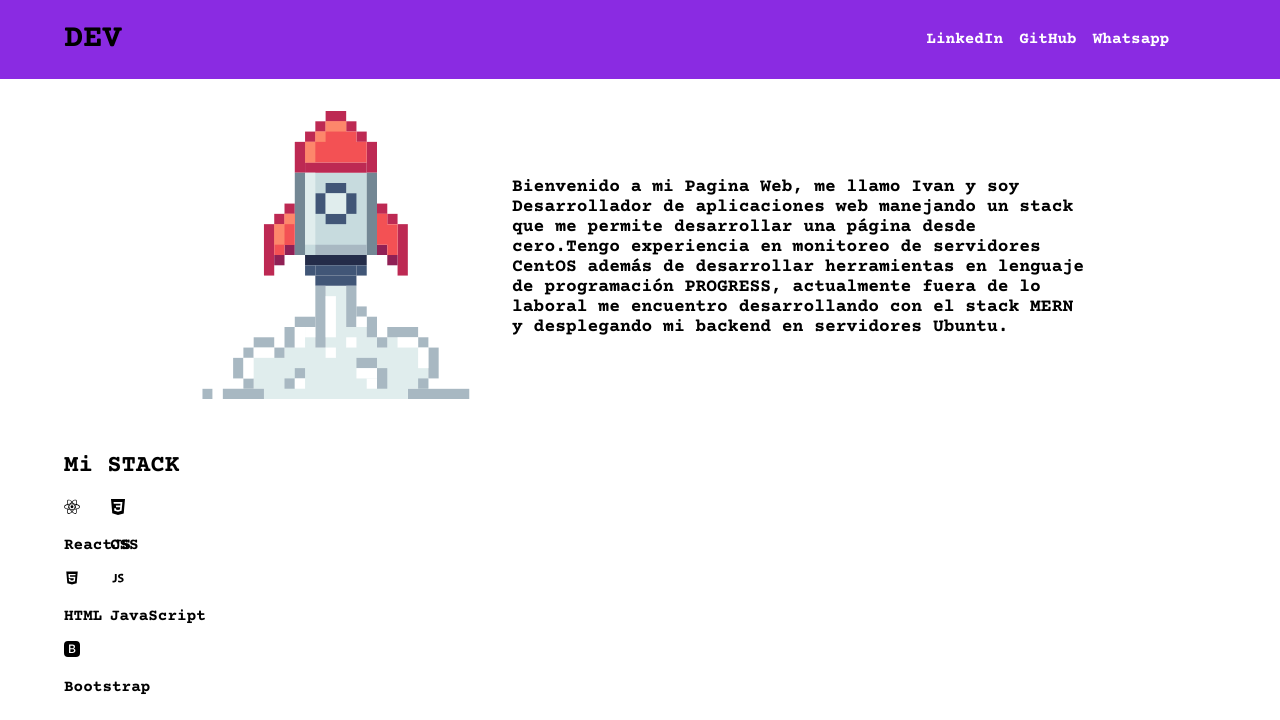
Repository: FxIvan/myweb
Page: /
These files come from the project's save history. The page is drawn as it stood at one moment and after a run of saves; the edit follows.
The browser window is 1280 px wide. The pictures show the whole page.
The project was rebuilt for these pictures with package versions that can differ from the ones it lists, and the page was loaded fresh each time.

Above is the page before, as saved 2022-11-03 11:47:01.

### public/index.html
<!DOCTYPE html>
<html lang="en">
  <head>
    <meta charset="utf-8" />
    <link rel="icon" href="%PUBLIC_URL%/favicon.ico" />
    <meta name="viewport" content="width=device-width, initial-scale=1" />
    <meta name="theme-color" content="#000000" />
    <meta
      name="description"
      content="Web site created using create-react-app"
    />
    <link rel="apple-touch-icon" href="%PUBLIC_URL%/logo192.png" />
    <!--
      manifest.json provides metadata used when your web app is installed on a
      user's mobile device or desktop. See https://developers.google.com/web/fundamentals/web-app-manifest/
    -->
    <link rel="manifest" href="%PUBLIC_URL%/manifest.json" />
    <!--
      Notice the use of %PUBLIC_URL% in the tags above.
      It will be replaced with the URL of the `public` folder during the build.
      Only files inside the `public` folder can be referenced from the HTML.

      Unlike "/favicon.ico" or "favicon.ico", "%PUBLIC_URL%/favicon.ico" will
      work correctly both with client-side routing and a non-root public URL.
      Learn how to configure a non-root public URL by running `npm run build`.
    -->
    <title>My Web |Almendra Ivan 2022</title>
    <!--FONTS GOOGLE-->
    <link rel="preconnect" href="https://fonts.googleapis.com">
    <link rel="preconnect" href="https://fonts.gstatic.com" crossorigin>
    <link href="https://fonts.googleapis.com/css2?family=Courier+Prime:wght@700&display=swap" rel="stylesheet">
  </head>
  <body>
    <noscript>You need to enable JavaScript to run this app.</noscript>
    <div id="root"></div>
    <!--
      This HTML file is a template.
      If you open it directly in the browser, you will see an empty page.

      You can add webfonts, meta tags, or analytics to this file.
      The build step will place the bundled scripts into the <body> tag.

      To begin the development, run `npm start` or `yarn start`.
      To create a production bundle, use `npm run build` or `yarn build`.
    -->
  </body>
</html>

### src/index.js
import React from 'react';
import ReactDOM from 'react-dom/client';
import './index.css';
import App from './App';
import reportWebVitals from './reportWebVitals';
import { BrowserRouter } from 'react-router-dom';


const root = ReactDOM.createRoot(document.getElementById('root'));
root.render(
  <React.StrictMode>
    <App />
  </React.StrictMode>
);

// If you want to start measuring performance in your app, pass a function
// to log results (for example: reportWebVitals(console.log))
// or send to an analytics endpoint. Learn more: https://bit.ly/CRA-vitals
reportWebVitals();

### src/App.js
import { Routes, Route, HashRouter} from "react-router-dom";
import { Header } from "./component/header/header";
import { IndexPage } from "./component/index-page";

function App() {
  return (
    <HashRouter>
    <Routes>
        <Route path="/" element={<IndexPage/>} />
    </Routes>
    </HashRouter>
  );
}

export default App;

### src/component/header/header.js
import React from 'react'
import '../css/header.css'
import { Section1 } from '../section1/section1'


export const Header = () =>{
    return(
        <div>
        <header>
            <div className='container-header'>
                <div className='subcontainer-header'>
                    <div className='container-header-logo'>
                        <h1>DEV</h1>
                    </div>
                    <div className='container-header-link'>
                        <ul>
                            <li><a href='https://www.linkedin.com/in/devalmendra/' target='_blanck'>LinkedIn</a></li>
                            <li><a href='https://github.com/FxIvan' target='_blanck'>GitHub</a></li>
                            <li><a href='https://api.whatsapp.com/send/?phone=541136887781&text&type=phone_number&app_absent=0' target='_blanck'>Whatsapp</a></li>
                        </ul>
                    </div>
                </div>
            </div>
        </header>
        <section>
            <div>
                <Section1/>
            </div>
        </section>
        </div>
    )
}

### src/component/index-page.js
import React from 'react'
import { Header } from './header/header'
import { Stack } from './stack/stack'

export const IndexPage = () =>{
    return(
        <div>
            <Header/>
            <Stack/>
        </div>
    )
}

### src/component/css/header.css
@media only screen and (min-width: 701px) {
*{
    font-family: 'Courier Prime', monospace;
}

header{
    background-color: blueviolet;
}

.container-header{
    margin: auto;
}

.subcontainer-header{
    display: flex;
    width: 90%;
    margin: auto;
    align-items: center;
}

.container-header-logo{
    width: 70%;
}
.container-header-link{
    width: 30%;
}
.container-header-link ul, a{
    display: flex;
    text-decoration: none;
    list-style: none;
    font-family: 'Courier Prime', monospace;
    font-weight: bolder;
    font-size: 16px;
    color: white;
}

.container-header-link ul li{
    margin-left: 1rem;
}

.container-presentacion{
    width: 70%;
    margin: auto;
    margin-top: 2rem;
    align-items: center;
    display: flex;
}

.container-presentacion .presentacion-img{
   margin-right: 2rem;
}

.presentacion-img img{
    width: 40vh;
}

.presentacion-text p{
    font-size: 18px;
}
}

@media only screen and (max-width: 700px) {
    *{
        font-family: 'Courier Prime', monospace;
    }

    header{
        background-color: blueviolet;
    }

    .container-header{
        width: 90%;
        margin: auto;
    }

    .subcontainer-header{
        display: flex;
    }

    .container-header-logo{
       width: 50%;
    }
    .container-header-link{
       width: 40%;
    }
    .container-header-link ul, a{
        list-style: none;
        text-decoration: none;
    }

    .container-header-link ul li{

    }

    .container-presentacion{
        width: 100%;
        text-align: center;
        margin-top: 1rem;
    }

    .pesentacion-img{
        width: 30%;
        margin: auto;
    }
    .pesentacion-img img{
        width: 100%;
    }

    .presentacion-text{
        width: 100%;
    }
    .presentacion-text p{
      font-size: 12px;
      width: 100%;
    }
}

### src/component/section1/section1.js
import React from 'react'
import cohete from '../../media/img/coheteSection.svg'
import '../css/header.css'


export const Section1 = () =>{
    return(
        <div>
            <div className='container-presentacion'>
                <div className='presentacion-img'>
                    <img src={cohete}/>
                </div>
                <div className='presentacion-text'>
                    <div>
                        <p>Bienvenido a mi Pagina Web, me llamo Ivan y soy Desarrollador de aplicaciones web manejando un stack que me permite desarrollar una página desde cero.Tengo experiencia en monitoreo de servidores CentOS además de desarrollar herramientas en lenguaje de programación PROGRESS, actualmente fuera de lo laboral me encuentro desarrollando con el stack MERN y desplegando mi backend en servidores Ubuntu. </p>
                    </div>
                </div>
            </div>
        </div>
    )
}

### src/component/stack/stack.js
import React from 'react'
import '../css/stack.css'
import { GrReactjs } from 'react-icons/gr';
import { SiCss3 } from 'react-icons/si';
import { AiFillHtml5 } from 'react-icons/ai';
import { DiJavascript1 } from 'react-icons/di';
import { BsFillBootstrapFill } from 'react-icons/bs';

export const Stack = () =>{
    return(
        <div>
            <div className='container-stack'>
                <div>
                    <h2>Mi STACK</h2>
                </div>
                <div className='container-stack-icons'>
                <div>
                    <div>
                        <div className='box-container-1'>
                            <div className='icon-stack-1'>
                            <GrReactjs/>
                            <p>ReactJS</p>
                            </div>
                            <div className='icon-stack-2'>
                            <SiCss3/>
                            <p>CSS</p>
                            </div>
                        </div>
                        <div  className='box-container-2'>
                            <div className='icon-stack-3'>
                                <AiFillHtml5/>
                                <p>HTML</p>
                            </div>
                            <div className='icon-stack-4'>
                                <DiJavascript1/>
                                <p>JavaScript</p>
                            </div>
                        </div>
                        <div className='box-container-3'>
                            <div className='icon-stack-5'>
                                <BsFillBootstrapFill/>
                                <p>Bootstrap</p>
                            </div>
                        </div>
                    </div>
                    <div>

                    </div>
                </div>
                <div>
                    <div>

                    </div>
                </div>
            </div>
            </div>
        </div>
    )
}

### src/component/css/stack.css
@media only screen and (min-width: 701px) {
    .container-stack{
        width: 90%;
        margin: auto;
        margin-top: 3rem;
    }
    .box-container-1, .box-container-2 , .box-container-3{
        display: flex;
        text-align: center;
    }

    .icon-stack-1 , .icon-stack-2 , .icon-stack-3, .icon-stack-4, .icon-stack-5{
        margin-right: 2rem;
        width: 7%;
    }
    .container-stack-icons{
        display: flex;
        width: 100%;
    }
}
@media only screen and (max-width: 701px) {

}

Loaded but not shown: src/index.css (common file); src/reportWebVitals.js (common file)

After the next 3 saves:
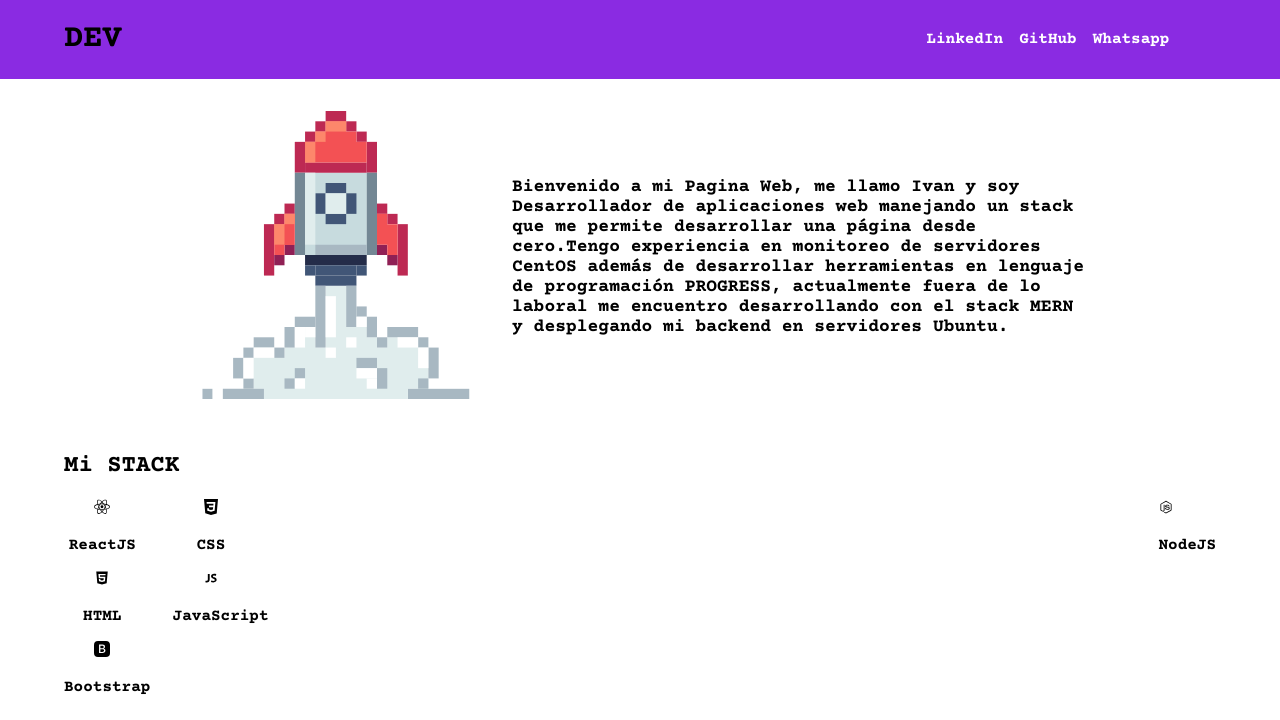
The 3 saves are shown as one change because 2 did not build or start.
The last was saved 2 min 13 s later.
--- a/src/component/stack/stack.js
+++ b/src/component/stack/stack.js
@@ -3,7 +3,7 @@
 import { GrReactjs } from 'react-icons/gr';
 import { SiCss3 } from 'react-icons/si';
 import { AiFillHtml5 } from 'react-icons/ai';
-import { DiJavascript1 } from 'react-icons/di';
+import { DiJavascript1 , DiNodejsSmall } from 'react-icons/di';
 import { BsFillBootstrapFill } from 'react-icons/bs';
 
 export const Stack = () =>{
@@ -14,7 +14,7 @@
                     <h2>Mi STACK</h2>
                 </div>
                 <div className='container-stack-icons'>
-                <div>
+                <div className='container-icons-frontend'>
                     <div>
                         <div className='box-container-1'>
                             <div className='icon-stack-1'>
@@ -49,7 +49,10 @@
                 </div>
                 <div>
                     <div>
-
+                        <div>
+                            <DiNodejsSmall/>
+                            <p>NodeJS</p>
+                        </div>
                     </div>
                 </div>
             </div>
--- a/src/component/css/stack.css
+++ b/src/component/css/stack.css
@@ -17,6 +17,9 @@
         display: flex;
         width: 100%;
     }
+    .container-icons-frontend{
+        width: 100%;
+    }
 }
 @media only screen and (max-width: 701px) {
 
